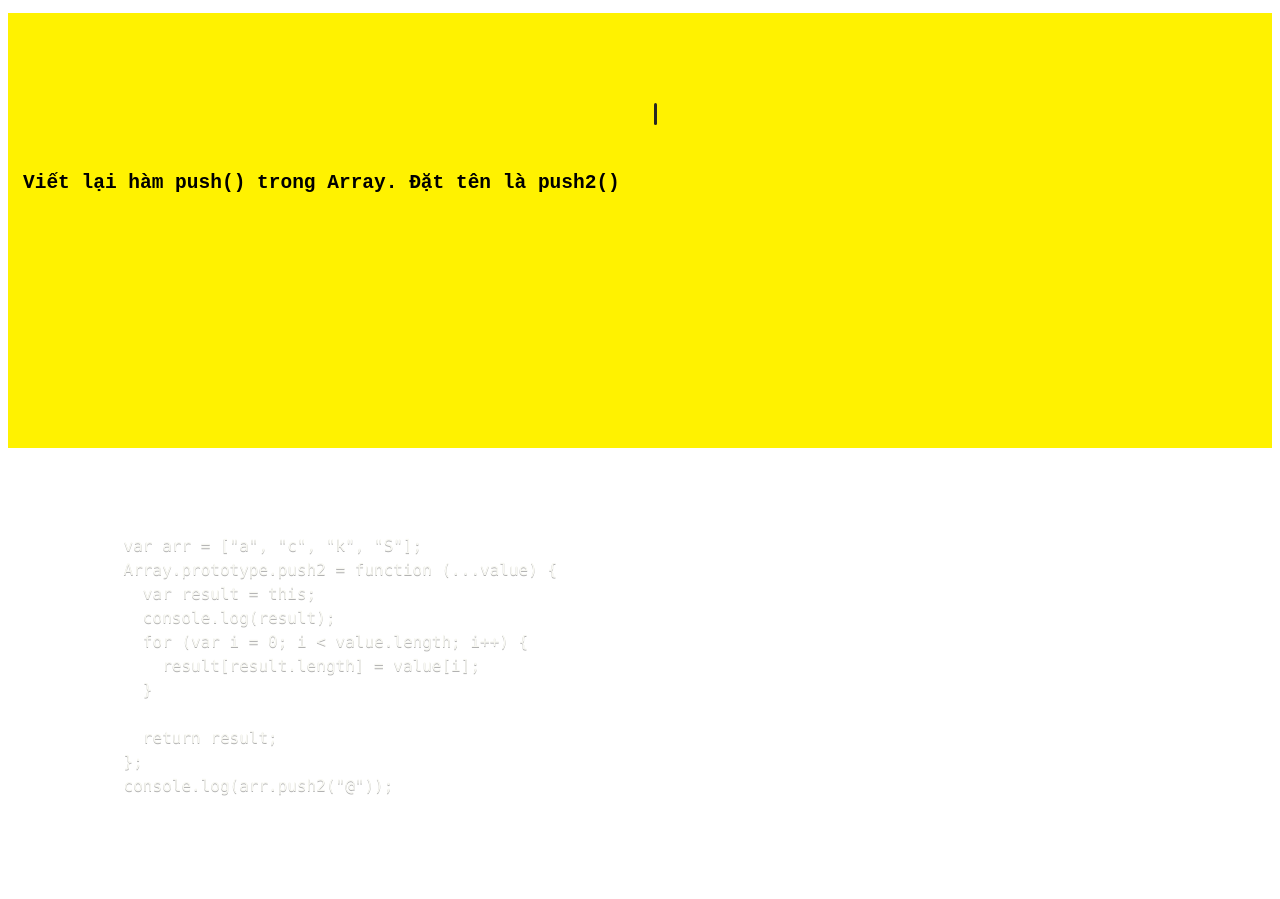
Repository: Dongnguyen318/Quydong
Page: Day 22.1/ex03.html
The author's editor kept a copy of each file at every save. The page is drawn from the files as they stood at one save, then again after the next save.
The browser window is 1280 px wide. The pictures show the whole page.

Above is the page before, as saved 2023-09-05 23:18:16.

### Day 22.1/ex03.html
<!DOCTYPE html>
<html lang="en">
  <head>
    <meta charset="UTF-8" />
    <meta name="viewport" content="width=device-width, initial-scale=1.0" />
    <title>Document</title>
    <link
      rel="stylesheet"
      href="https://cdn.jsdelivr.net/npm/prismjs@1.29.0/themes/prism-okaidia.min.css"
    />
    <script src="./js/3.js"></script>
  </head>
  <body>
    <pre style="background-color: rgb(255, 242, 0)">
        <code >
            <h2></h2>
<p style="text-align: center;">
    <code class="language-js">
    </code>
    <h2 style="padding: 15px;" >Viết lại hàm push() trong Array. Đặt tên là push2()</h2>
    <pre>
        <code class="language-js" >
        </code>
    </pre>


</p>
        </code>
    </pre>
    <br />
    <br />
    <pre>
        <code class="language-js">
            var arr = ["a", "c", "k", "S"];
            Array.prototype.push2 = function (...value) {
              var result = this;
              console.log(result);
              for (var i = 0; i < value.length; i++) {
                result[result.length] = value[i];
              }

              return result;
            };
            console.log(arr.push2("@"));


        </code>
    </pre>
    <script src="https://cdn.jsdelivr.net/npm/prismjs@1.29.0/components/prism-core.min.js"></script>
    <script src="https://cdn.jsdelivr.net/npm/prismjs@1.29.0/plugins/autoloader/prism-autoloader.min.js"></script>
  </body>
</html>

### Day 22.1/js/3.js
var arr = ["a", "c", "k", "S"];
Array.prototype.push2 = function (...value) {
  var result = this;
  console.log(result);
  for (var i = 0; i < value.length; i++) {
    result[result.length] = value[i];
  }

  return result;
};
console.log(arr.push2("@"));

After the next save:
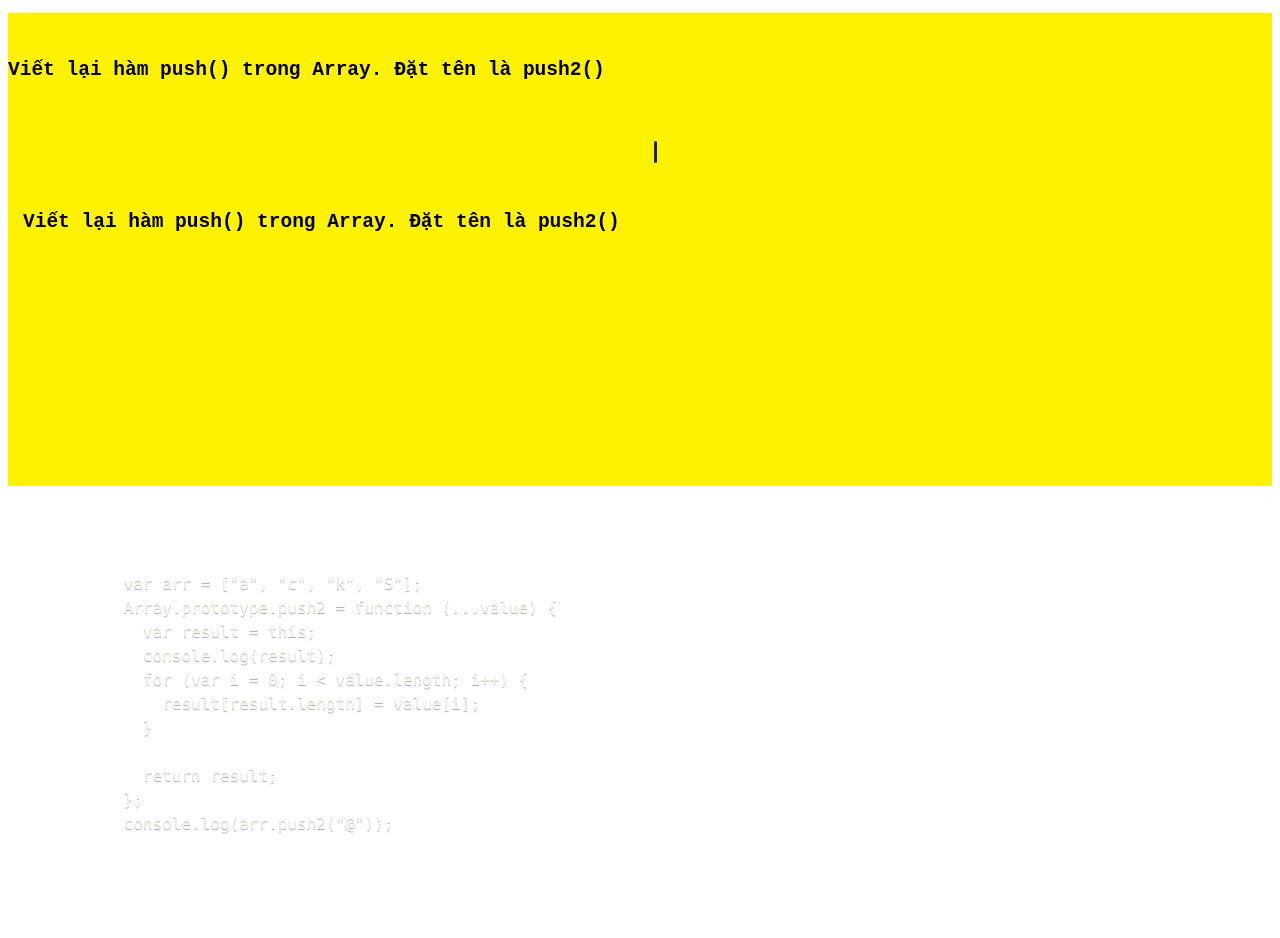
Saved 10 s later.
--- a/Day 22.1/ex03.html
+++ b/Day 22.1/ex03.html
@@ -13,7 +13,7 @@
   <body>
     <pre style="background-color: rgb(255, 242, 0)">
         <code >
-            <h2></h2>
+            <h2>Viết lại hàm push() trong Array. Đặt tên là push2()</h2>
 <p style="text-align: center;">
     <code class="language-js">
     </code>
